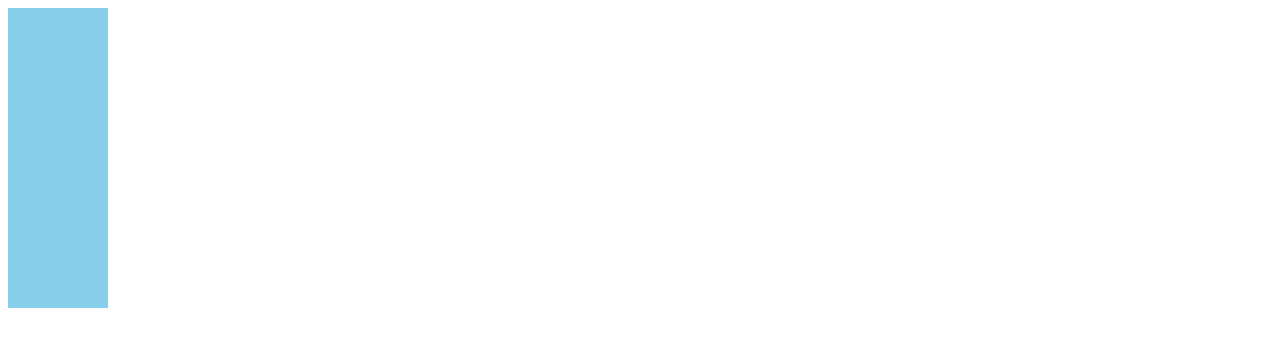
Repository: kojimayu/First-time-JavaScript
Page: index.html
The author's editor kept a copy of each file at every save. The page is drawn from the files as they stood at one save, then again after the next save.
The browser window is 1280 px wide. The pictures show the whole page.

Above is the page before, as saved 2019-04-02 18:35:23.

### index.html
<!DOCTYPE html>
<html lang="ja">

<head>
    <meta charset="utf-8">
    <title>JavaScript Practice</title>
    <style>
        .box {
            width: 100px;
            height: 100px;
            background: skyblue;
            cursor: pointer;
            transition: 0.8s;
        }

        .circle {
            background: pink;
            border-radius: 50%;
            transform: rotate(360deg);
        }
    </style>
</head>

<body>
    <div id="target1" class="box"></div>
    <div id="target2" class="box"></div>
    <div id="target3" class="box"></div>

    <script>
        'use strict';

        const target1 = document.getElementById('target1');
        const target2 = document.getElementById('target2');
        const target3 = document.getElementById('target3');

        target1.addEventListener('click', function () {
            target.classList.toggle('circle');
        })
        target2.addEventListener('click', function () {
            target.classList.toggle('circle');
        })
        target3.addEventListener('click', function () {
            target.classList.toggle('circle');
        })
    </script>
</body>

</html>

After the next save:
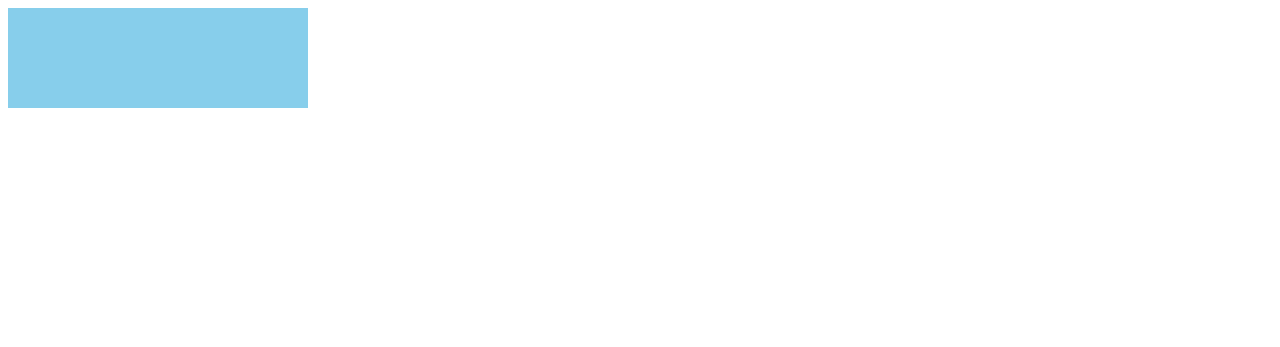
Saved 68 s later.
--- a/index.html
+++ b/index.html
@@ -5,6 +5,10 @@
     <meta charset="utf-8">
     <title>JavaScript Practice</title>
     <style>
+        body {
+            display: flex;
+            flex-wrap: wrap;
+        }
         .box {
             width: 100px;
             height: 100px;
